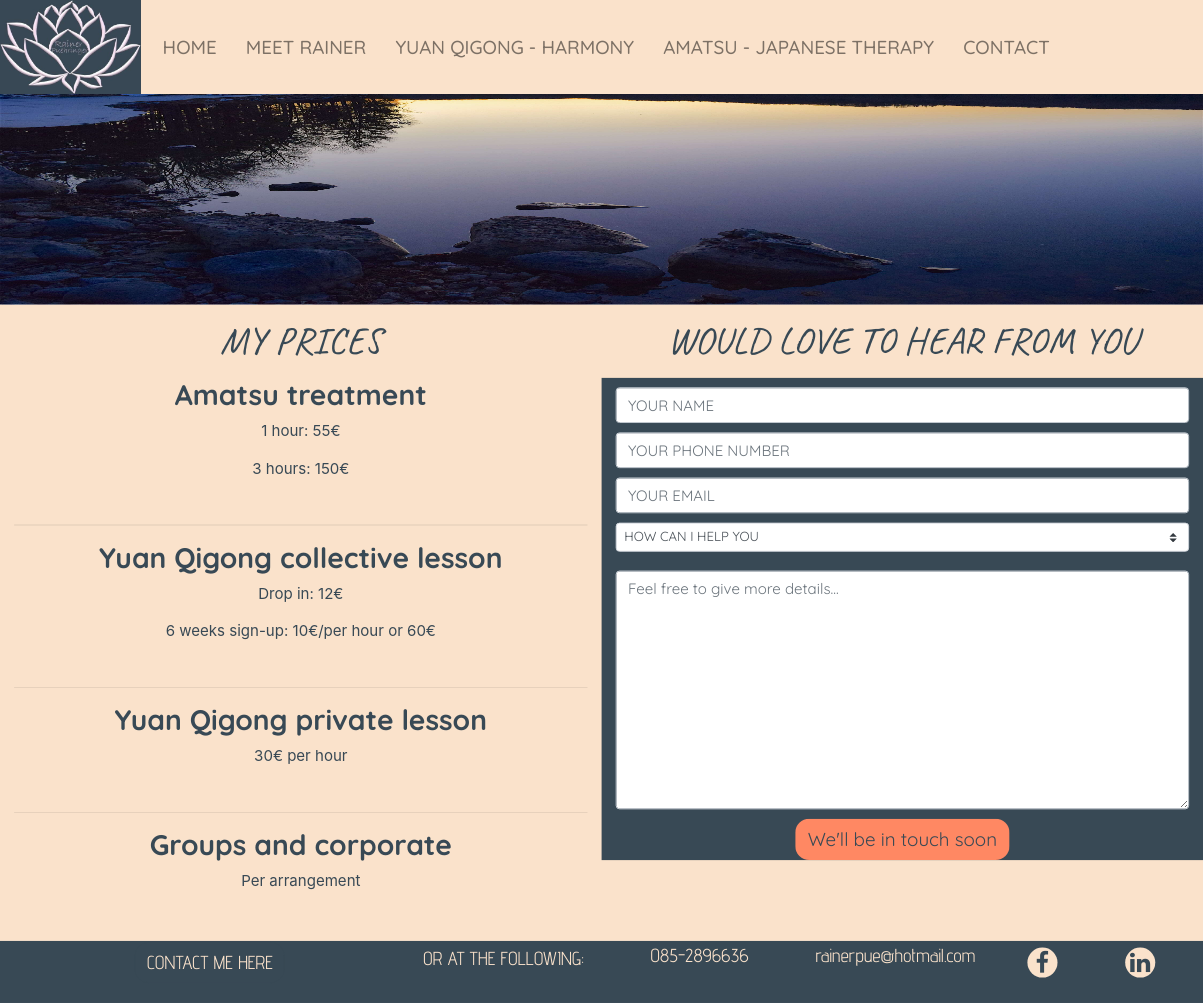
Repository: rainerpue/practitioner_website
Page: contact.html
The author's editor kept a record of every edit. The page is drawn from the files as they stood at one moment, then again after the next edit.
The browser window is 1280 px wide. The pictures show the whole page, at 94% of full size.
Some web libraries are served in a nearby version.

Above is the page before.

### contact.html
<!DOCTYPE html>
<html lang="en">

<head>
    <meta charset="UTF-8">
    <meta name="viewport" content="width=device-width, initial-scale=1.0">
    <meta http-equiv="X-UA-Compatible" content="ie=edge">
    <meta name="description" content="Home page | Rainer Puehringer, Find your Energy flow">
    <meta name="keywords" content="qigong, amatsu, therapy, energy flow, body balance, harmony, Japanese therapy, yuan gong, ireland">
    <meta name="author" content="Rainer Puehringer">
    <!-- favicon -->
    <link rel="shortcut icon" type="image" href="assets/favicon/favicon-32x32.png">
    <!-- style links -->
    <link rel="stylesheet" href="https://stackpath.bootstrapcdn.com/bootstrap/4.3.1/css/bootstrap.min.css" type="text/css" />
    <link rel="stylesheet" href="https://stackpath.bootstrapcdn.com/font-awesome/4.7.0/css/font-awesome.min.css" type="text/css" />

    <!-- link to my css file comes after to make sure it render over bootstrap style -->
    <link rel="stylesheet" href="assets/css/style.css" type="text/css" />

    <title>Rainer Puehringer, Find your Energy flow with Yuan Qigong and Amatsu</title>

</head>

<body>
    <!-- navbar and logo -->
    <!-- blue background will only show on bigger screens, set to transparent for mobile device -->
    <nav class="navbar navbar-expand-md fixed-top navbar-light nav-coral">
        <!-- logo -->
        <a href="index.html" class="navbar-brand logo">
            <img src="assets/images/logo.jpg" width="150" height="100" alt="logo">
        </a>
        <!-- button for smaller devices -->
        <button class="navbar-toggler" type="button" data-toggle="collapse" data-target="#burger" aria-controls="burger" aria-expanded="false" aria-label="Toggle navigation">
    <span class="fa fa-bars"></span>
  </button>
        <!-- navigation items which drop down vertically from burger icon in smaller devices -->
        <div class="collapse navbar-collapse" id="burger">
            <ul class="navbar-nav mr-auto text-uppercase">
                <li class="nav-item">
                    <a class="nav-link" href="index.html">Home</a>
                </li>
                <li class="nav-item">
                    <a class="nav-link" href="about.html">Meet Rainer</a>
                </li>
                <li class="nav-item">
                    <a class="nav-link" href="qigong.html">Yuan Qigong - Harmony</a>
                </li>
                <li class="nav-item">
                    <a class="nav-link" href="amatsu.html">Amatsu - Japanese Therapy</a>
                </li>
                <li class="nav-item">
                    <a class="nav-link" href="index.html">Contact</a>
                </li>
            </ul>
        </div>
    </nav>

    <!-- end navbar -->

    <main>
        <!-- image banner -->
        <div class="container-fluid">
            <div class="row">
                <div class="col-12 banner-image banner-image-contact contact-img">
                </div>
            </div>
        </div>

        <!-- Prices and contact form -->
        <section class="container-fluid bg-coral contact-section">
            <div class="row">
                <div class="col-lg-6 prices">
                    <div class="row">
                        <div class="col-12">
                            <h3 class="text-uppercase text-center">My prices</h3>
                        </div>
                    </div>
                    <div class="row">
                        <div class="col-12 mb-3 price-table text-center">
                            <h4>Amatsu treatment</h4>
                            <p>1 hour: 55€</p>
                            <p>3 hours: 150€</p>
                        </div>
                    </div>
                    <hr class="section-divider-price">
                    <div class="row">
                        <div class="col-12 mb-3 price-table text-center">
                            <h4>Yuan Qigong collective lesson</h4>
                            <p>Drop in: 12€</p>
                            <p>6 weeks sign-up: 10€/per hour or 60€</p>
                        </div>
                    </div>
                    <hr class="section-divider-price">
                    <div class="row">
                        <div class="col-12 mb-3 price-table text-center">
                            <h4>Yuan Qigong private lesson</h4>
                            <p>30€ per hour</td>
                        </div>
                    </div>
                    <hr class="section-divider-price">
                    <div class="row">
                        <div class="col-12 mb-3 price-table text-center">
                            <h4>Groups and corporate</h4>
                            <p>Per arrangement</td>
                        </div>
                    </div>
                </div>
                <div class="col-lg-6">
                    <div class="row contact-heading">
                        <div class="col-12">
                            <h3 class="text-uppercase text-center">Would love to hear from you</h3>
                        </div>
                    </div>
                    <div class="row">
                        <form class="col-12 contact-form">
                            <input type="text" name="name" id="fullname" class="form-control" placeholder="YOUR NAME" required/>
                            <input type="number" name="phonenumber" id="phonenumber" class="form-control" placeholder="YOUR PHONE NUMBER" />
                            <input type="email" name="email" id="emailaddress" class="form-control" placeholder="YOUR EMAIL" required/>
                            <select class="custom-select custom-select-sm" name="how-can-i-help-you" id="how-can-i-help-you">
                                <option selected>HOW CAN I HELP YOU</option>
                                <option value="Book an Amatsu treatment">Book an Amatsu treatment</option>
                                <option value="Query about Qigong">Query about Qigong</option>
                                <option value="Advice about cooking or gardening">Advice about cooking or gardening</option>
                                <option value="Other">Other</option>
                            </select>
                            <textarea rows="10" name="querydetails" id="querydetails" class="form-control" placeholder="Feel free to give more details..." required></textarea>
                            <div class="form-row text-center">
                                <div class="col">
                                    <button type="submit" class="btn btn--gal btn--orange">We'll be in touch soon</button>
                                </div>
                            </div>
                        </form>
                    </div>
                </div>
            </div>
        </section>
    </main>

    <!-- footer -->

    <footer>
        <div class="container-fluid bg-grey">
            <div class="row footer-row">
                <div class="col-12 col-md-4 footer-contact">
                    <a class="btn btn--gal btn--grey text-uppercase" href="#">Contact Me Here</a>
                </div>
                <div class="col-12 col-md-2 footer-contact">
                    <h5 class="text-uppercase">or at the following:</h5>
                </div>
                <div class="col-12 col-md-2 footer-contact">
                    <p>085-2896636</p>
                </div>
                <div class="col-12 col-md-2 footer-contact">
                    <p>rainerpue@hotmail.com</p>
                </div>
                <div class="col-12 col-md-1 footer-contact">
                    <a class="socialmedia" href="https://www.facebook.com/YuanGongandAmatsuwithRainer/" target="_blank">
                    <i class="fa fa-facebook"></i>
                    <span class="sr-only">Facebook</span>
                    </a>
                </div>
                <div class="col-12 col-md-1 footer-contact">
                    <a class="socialmedia" href="https://www.linkedin.com/in/rainer-puehringer-63157248/" target="_blank">
                    <i class="fa fa-linkedin"></i>
                    <span class="sr-only">Linkedin</span>
                    </a>
                </div>
            </div>
        </div>
    </footer>

    <script src="https://code.jquery.com/jquery-3.2.1.slim.min.js " integrity="sha384-KJ3o2DKtIkvYIK3UENzmM7KCkRr/rE9/Qpg6aAZGJwFDMVNA/GpGFF93hXpG5KkN " crossorigin="anonymous "></script>
    <script src="https://cdnjs.cloudflare.com/ajax/libs/popper.js/1.12.9/umd/popper.min.js " integrity="sha384-ApNbgh9B+Y1QKtv3Rn7W3mgPxhU9K/ScQsAP7hUibX39j7fakFPskvXusvfa0b4Q " crossorigin="anonymous "></script>
    <script src="https://maxcdn.bootstrapcdn.com/bootstrap/4.0.0/js/bootstrap.min.js " integrity="sha384-JZR6Spejh4U02d8jOt6vLEHfe/JQGiRRSQQxSfFWpi1MquVdAyjUar5+76PVCmYl " crossorigin="anonymous "></script>
</body>

</html>

### assets/css/style.css
@import url('https://fonts.googleapis.com/css?family=Advent+Pro:100,200,300,400,500,600,700|Quicksand:300,400,500,700|Caveat:400,700');

body {}

/*-----------------------------------------Colour */

.nav-coral {
    background-color: transparent;
}

.bg-grey {
    background-color: #384955;
    color: #FAE2CB;
    padding-bottom: 20px;
}

.bg-coral {
    background-color: #FAE2CB;
    color: #384955;
    padding-bottom: 20px;
}

/*-----------------------------------------Images */

.about-img {
    background: url(../images/about-image.jpg);
}

.qigong-img {
    background: url(../images/lotus.jpg);
}

.amatsu-img {
    background: url(../images/water.jpg);
}

.contact-img {
    background: url(../images/contact.jpg);
}

/* Banner image code technics found in the link below:
https://stackoverflow.com/questions/38038056/adding-a-background-image-just-below-the-navigation-bar */

.banner-image {
    min-height: 30vh;
    -webkit-background-size: 100% 100%;
    -moz-background-size: 100% 100%;
    -o-background-size: 100% 100%;
    background-size: 100% 100%;
    width: 100vw;
    background-repeat: no-repeat;
    position: relative;
}

.banner-image-contact {
    min-height: 45vh;
}

.sm-img {
    max-height: 600px;
    max-width: 400px;
}


/*-----------------------------------------Special paddings/margins/texts */

.container-fluid {
    margin: 0;
}

.text-uppercase {
    text-transform: uppercase;
}

.text-center {
    text-align: center;
    margin: 0;
}

.text-justify {
    text-align: justify;
    text-justify: inter-word;
}

main {
    margin: 0;
    padding: 0;
}

h3 {
    padding: 15px 0 15px;
    font-family: "Caveat", sans-serif;
    font-weight: 400;
    font-size: 40px;
}

h4 {
    font-family: "Quicksand", sans-serif;
    font-weight: 700;
    font-size: 30px;
}

a {
    text-decoration: none;
    cursor: pointer;
}

/*-----------------------------------------buttons */

.btn:hover {
    color: #fafafa;
    text-decoration: none;
}

.btn--gal {
    margin-bottom: 0;
    margin-top: 0;
    border-radius: 15px;
    font-size: 20px;
    text-decoration: none;
    cursor: pointer;
}

.btn--grey {
    background-color: #384955;
    border-color: #384955;
    color: #FAE2CB;
}

.btn--grey:hover {
    color: #FF8863;
}

.btn--coral {
    background-color: #FAE2CB;
    border-color: #FAE2CB;
    color: #384955;
}

.btn--coral:hover {
    color: #87B0CD;
}

.btn--orange {
    background-color: #FF8863;
    color: #384955;
}

.btn--orange:hover {
    color: #FAE2CB;
}

.btn--footer {
    color: #FAE2CB;
}

/*-----------------------------------------section divider */

.section-divider-short {
    width: 75px;
    height: 5px;
    border: 0;
    background-color: #384955;
}

.section-divider-long {
    width: 100%;
    height: 10px;
    border: 0;
    background-color: #384955;
    margin: 0;
}

/*-----------------------------------------logo */

.logo {
    display: inline-block;
    padding: 0;
    margin: 0;
    line-height: inherit;
    white-space: nowrap;
    background-position: center;
    background-repeat: no-repeat;
    -o-transition: all .5s ease-in-out;
    transition: all .5s ease-in-out;
    -moz-transition: all .5s ease-in-out;
    -webkit-transition: all .5s ease-in-out;
}

/*-----------------------------------------burger icon inspired from https://mdbootstrap.com/docs/jquery/navigation/hamburger-menu/ */

.fa-bars {
    font-size: 30px;
    padding: 5px;
}

.navbar-light .navbar-toggler {
    border-color: rgba(0, 0, 0, .3);
    margin-right: 15px;
}

/*-----------------------------------------nav */

.navbar {
    padding: 0;
    text-align: center;
    overflow: auto;
}

.navbar-collapse {
    background-color: #FAE2CB
}

.nav-item {
    padding-left: 15px;
}

.nav-item a {
    color: #384955;
    font-family: "Quicksand", sans-serif;
    font-weight: 500;
    font-size: 20px;
    -webkit-transition: background-color .2s ease-in-out, color .2s ease-in-out;
    -o-transition: background-color .2s ease-in-out, color .2s ease-in-out;
    transition: background-color .2s ease-in-out, color .2s ease-in-out;
}

.nav-item a:hover {
    color: #FAE2CB!important;
    background-color: #384955;
}

/*-----------------------------------------full background image with attention */

.home-image {
    min-height: 95vh;
    -webkit-box-align: center;
    -ms-flex-align: center;
    align-items: center;
    position: relative;
    background: url(../images/home-image.jpg) no-repeat center center fixed;
    background-size: cover;
    padding-top: 100px;
}

.opaque-overlay {
    position: absolute;
    top: 0;
    left: 0;
    height: 100%;
    width: 100%;
    background: rgba(0, 0, 0, 0.2);
}

.attention {
    width: 80%;
    color: #fafafa;
    font-family: "Advent Pro", sans-serif;
    font-size: 40px;
    font-weight: 600;
    padding-left: 15px;
    padding-top: 200px;
}

/*-----------------------------------------testimonials in carrousel */

.slide {
    position: relative;
    display: -webkit-box;
    display: -ms-flexbox;
    display: flex;
    -webkit-box-align: center;
    -ms-flex-align: center;
    align-items: center;
    min-height: 30vh;
    text-align: center;
    padding: 5px 30px;
    margin-bottom: 20px
}

blockquote {
    width: 80px;
    font-family: "Advent Pro", sans-serif;
    font-weight: 300;
    font-size: 30px;
}

/*-----------------------------------------home intro section */

.intro {
    width: 100%;
    padding: 0;
    min-height: 20vh;
}

.content-intro {
    font-family: "Advent Pro", sans-serif;
    font-size: 20px;
    font-weight: 400;
    margin-bottom: 20px;
}

/*-----------------------------------------footer */

.footer-row {
    padding: 0 15px;
    text-align: center;
}

.footer-contact {
    font-family: "Advent Pro", sans-serif;
    text-align: center;
    -webkit-box-align: center;
    -ms-flex-align: center;
    align-items: center;
    -webkit-box-pack: center;
    -ms-flex-pack: center;
    justify-content: center;
    padding: 0;
    margin: 0;
}

.footer-contact p {
    font-weight: 400;
    font-size: 20px;

}

.footer-contact h5 {
    font-weight: 400;
    font-size: 20px;
}

.socialmedia i {
    width: 32px;
    height: 32px;
    border-radius: 50%;
    font-size: 25px;
    text-align: center;
    vertical-align: middle;
    display: table-cell;
    color: #384955;
    background: #FAE2CB;
    transition: all 0.35s ease-in-out;
    -moz-transition: all 0.35s ease-in-out;
    -webkit-transition: all 0.35s ease-in-out;
    -o-transition: all 0.35s ease-in-out;
}

.social-links i:hover {
    background: #e84610;
}

/*-----------------------------------------main content for each page */

.main-content {
    position: relative;
    padding-top: 5px;
    padding-bottom: 5px;
    padding-right: 30px;
    line-height: 200%;
    font-family: "Advent Pro", sans-serif;
    font-size: 20px;
    font-weight: 400;
}

.section-column {
    display: table-cell;
    padding: 0 30px 30px;
    float: none;
}

.intro-section {
    padding-top: 10px;
    padding-bottom: 20px;
}

.section-details {
    min-height: 25vh;
    -webkit-box-align: center;
    -ms-flex-align: center;
    align-items: center!important;
    margin-bottom: 15px;
}



/*-----------------------------------------links to other websites on about page */

.links {
    color: #FAE2CB;
    font-weight: 700;
}

.links:hover {
    color: #FF8863;
}

/*-----------------------------------------timeline implemented from the Resume Mini-project in the User Centric module */

.timeline {
    margin: 0;
}

.history-items {
    padding-left: 30px;
    padding-bottom: 15px;
}

.timeline-item {
    padding: 4em 2em 0em 2em;
    position: relative;
    color: #384955;
    border-left: 1px solid;
    font-family: "Advent Pro", sans-serif;
}

.timeline-item p {
    padding: 0;
    margin: 0;
}

.timeline-item:before {
    content: attr(data-dates);
    position: absolute;
    left: 2.5em;
    top: 3em;
    display: block;
    font-family: "Advent Pro", sans-serif;
    font-weight: 500;
    font-size: 0.8em;
    padding: 0;
    margin: 0;
}

.timeline-item:after {
    width: 12px;
    height: 12px;
    display: block;
    position: absolute;
    top: 2.4em;
    left: -6px;
    border-radius: 12px;
    content: "";
    background-color: #384955;
}



/*-----------------------------------------qualifications */

.list-row {
    padding: 30px 0 30px;
    line-height: 200%;
}

.list-row i {
    font-size: 40px;
}

.button {
    margin-top: 30px;
}

/*-----------------------------------------Qigong page */

.qigong-p {
    padding: 15px;
}

.list-section {
    padding-left: 30px;
    padding-bottom: 15px;
    margin-bottom: 10px;
    border: 10px solid;
}

.quote {
    font-family: "Quicksand", sans-serif;
    font-weight: 100;
    font-size: 30px;
}

.quote i {
    padding: 5px;
    font-weight: 700;
}

#video {
    min-height: 50vh;
    padding-bottom: 15px;
}

.verse {
    font-family: "Caveat", sans-serif;
    font-weight: 400;
    font-size: 30px;
    padding-top: 30px;
}

.verse ul li {
    list-style: none;
    padding: 15px;
}

/*-----------------------------------------Amatsu page */

.fivefactors {
    font-weight: 600;
    color: #FF8863;
}

.specialp {
    padding: 10px;
}


/*-----------------------------------------stones custom css */

.stone-section {
    padding: 0;
    padding-bottom: 15px;
    margin-bottom: 10px;
    display: flex;  /* this part of custom css was suggested by Eventyret Mentor in slack so the stones are centered on top of each other */
	justify-content: center;
	align-items: center;
	flex-direction: column;
}

.each-stone {
    width: 120px;
    height: 120px;
    border: 1px solid #384955;
    border-radius: 50%;
    background-color: #384955;
    color: #87B0CD;
    justify-content: center; /* this part of custom css was suggested by Eventyret Mentor in slack */
	align-items: center;
	display: flex;
	margin-bottom: -15px;
}

.each-stone span {
    font-family: "Quicksand", sans-serif;
    font-weight: 700;
    font-size: 18px;
}

/*-----------------------------------------treatment cards */
/*-- to justify space all around the cards and center */
.card-row {
    justify-content: space-around!important;
}

.card {
    background-color: #FAE2CB;
    color: #384955;
    margin-bottom: 15px;
}

.card-item {
    padding: 10px;
    text-align: center;
    vertical-align: middle;
    display: table-cell;
}

.card-item i {
    font-size: 60px;
}

.card-item span {
    font-family: "Caveat", sans-serif;
    font-weight: 400;
    font-size: 20px;
}

/*-----------------------------------------contact page */

.contact-section {
    min-height: 45vh;
    margin-bottom: 0;
}

.contact-form {
    font-family: "Quicksand", sans-serif;
    background-color: #384955;
    color: #FAE2CB;
    margin-right: 5px;
}

.contact-heading {}

.prices {

}

.price-table {}

.form-control {
    margin-top: 10px;
    margin-bottom: 10px;
}

.custom-select {
    margin-bottom: 10px;
}

/*-----------------------------------------media queries */

/*-----------------------------------------media query to add navbar color background color on bigger screens */

@media (min-width: 768px) {
    .nav-coral {
        background-color: #FAE2CB;
    }
}

@media (min-width: 768px) {
    .attention {
        padding-top: 400px;
        width: 60%;
        font-size: 50px;
    }
}

@media (min-width: 768px) {
    .slide {
        min-height: 20vh;
    }
}

@media (min-width: 768px) {
    .section-divider-short {
        width: 0px;
        height: 0px;
        border: 0;
    }
}

@media (min-width: 768px) {
    .footer-contact {
        display: -webkit-box;
        display: -ms-flexbox;
        display: flex;
    }
}

@media (min-width: 768px) {
    .footer-contact h5 p a {
        padding-left: 15px;
    }
}

@media (min-width: 768px) {
    .history-items {
        border: 10px solid;
        border-bottom: none;
    }
}

@media (min-width: 768px) {
    .section-column {
        padding: 0 50px 0;
    }
}

@media (min-width: 768px) {
    #video {
        padding-bottom: 0;
    }
}

After the next edit:
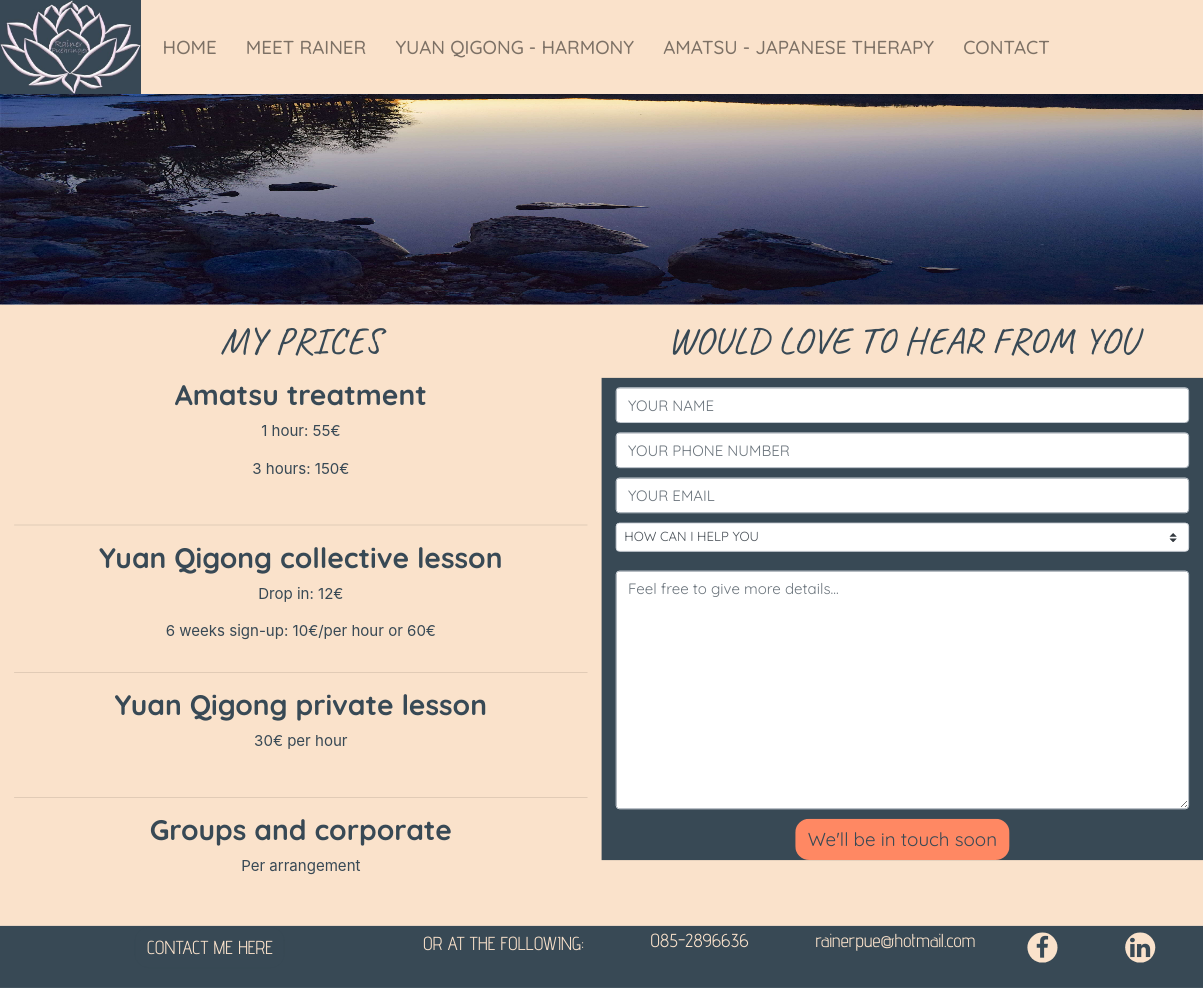
The edit:
--- a/contact.html
+++ b/contact.html
@@ -84,7 +84,7 @@
                     </div>
                     <hr class="section-divider-price">
                     <div class="row">
-                        <div class="col-12 mb-3 price-table text-center">
+                        <div class="col-12 price-table text-center">
                             <h4>Yuan Qigong collective lesson</h4>
                             <p>Drop in: 12€</p>
                             <p>6 weeks sign-up: 10€/per hour or 60€</p>
